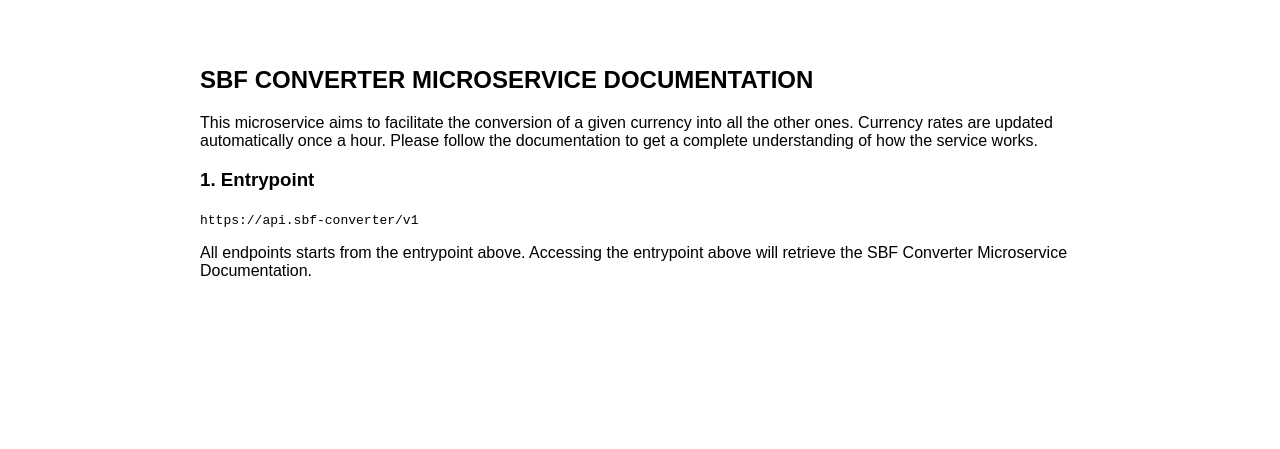
Repository: miguelamello/nestjs-restful-api
Page: documentation.html
These files come from the project's save history. The page is drawn as it stood at one moment and after a run of saves; the edit follows.
The browser window is 1280 px wide. The pictures show the whole page.

Above is the page before, as saved 2023-03-21 22:09:48.

### documentation.html
<!DOCTYPE html>
<html lang="en">
<head>
  <meta charset="UTF-8">
  <meta http-equiv="X-UA-Compatible" content="IE=edge">
  <meta name="viewport" content="width=device-width, initial-scale=1.0">
  <title>SBF Converter Documentation</title>
  <style>
    body {
      font-family: Arial, Helvetica, sans-serif;
      padding: 3% 15%;
    }
  </style>
</head>
<body>
  <h2>SBF CONVERTER MICROSERVICE DOCUMENTATION</h2>
  <p>
    This microservice aims to facilitate the conversion of a given currency
    into all the other ones. Currency rates are updated automatically once a hour.
    Please follow the documentation to get a complete understanding of how the service works.
  </p>

  <h3>1. Entrypoint</h3>
  <code>https://api.sbf-converter/v1</code>
  <p>
    All endpoints starts from the entrypoint above. Accessing the entrypoint
    above will retrieve the SBF Converter Microservice Documentation.
  </p>

</body>
</html>

After the next 3 saves:
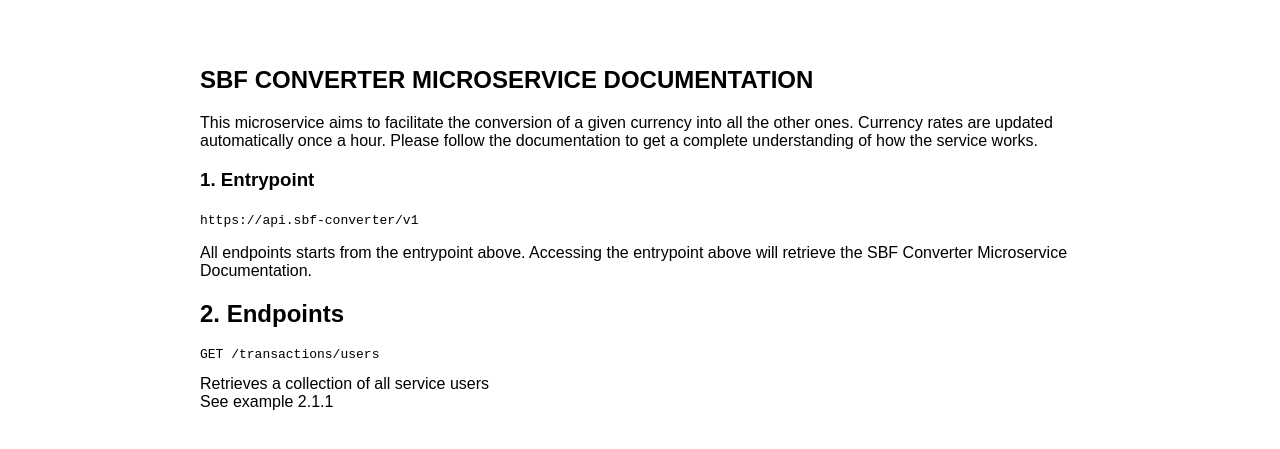
The 3 saves are shown as one change because they came seconds apart.
The last was saved 87 s later.
--- a/documentation.html
+++ b/documentation.html
@@ -27,5 +27,14 @@
     above will retrieve the SBF Converter Microservice Documentation.
   </p>
 
+  <h2>2. Endpoints</h2>
+  <p>
+    <div class="my-scroll">
+      <pre>GET /transactions/users</pre>
+      <div>Retrieves a collection of all service users</div>
+      <div>See example 2.1.1</div>
+    </div>
+  </p>
+
 </body>
 </html>
